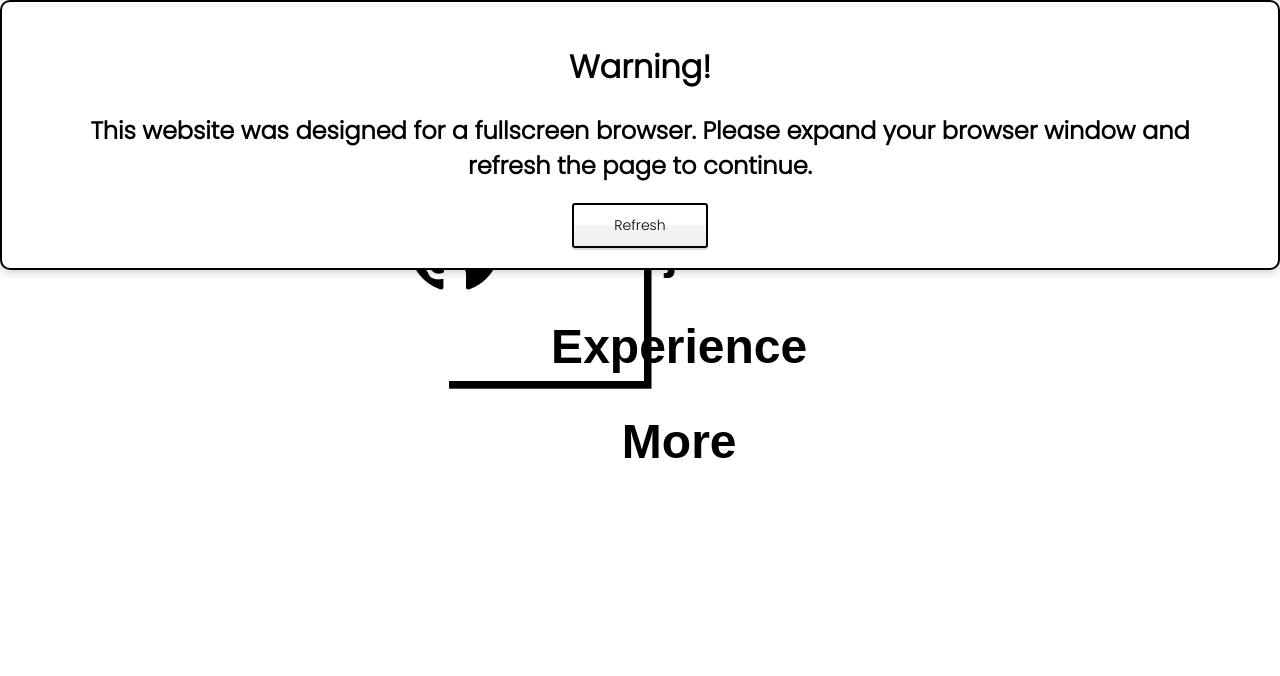
Repository: notMaximilian/maximilianaquino.github.io
Page: index.html
These files come from the project's save history. The page is drawn as it stood at one moment and after a run of saves; the edit follows.
The browser window is 1280 px wide. The pictures show the whole page.

Above is the page before, as saved 2022-02-09 17:09:38.
Console error: TypeError: Failed to execute 'removeChild' on 'Node': parameter 1 is not of type 'Node'.

### index.html
<!DOCTYPE html>
<html lang="en">

<head>
  <meta charset="UTF-8">
  <meta name="viewport" content="width=device-width, initial-scale=1, user-scaleable=no">
  <title>Max Aquino</title>
  <link rel="preconnect" href="https://fonts.googleapis.com">
  <link rel="preconnect" href="https://fonts.gstatic.com" crossorigin>
  <link href="https://fonts.googleapis.com/css2?family=Poppins:wght@300&display=swap" rel="stylesheet">
  <link rel="stylesheet" href="css/main.css">
</head>

<body>

  <div class="intro">
    <h1 class="name-header">
      <span class="name">Max</span><span class="name">imilian</span>
    </h1>
  </div>


  </div>
<!-- asdsa -->

  <div class="wrap">
    <div class="game-wrapper">
      <div class="game"></div>
      <h1

      <div class="mainNav">
        <ul class = "navmenu">
          <li><h2 id="about">About Me</h2></li>
          <li><h2 id="projects">Projects</h2></li>
          <li><h2 id="experience">Experience</h2></li>
          <li><h2 id="more">More</h2></li>
        </ul>
      </div>

      <img class="icon" id="twitter" src="img/twitter.png">
      <img class="icon" id="github" src="img/github.png">
      <img class="corners" id="cornerL" src="img/corner-test.png">
      <img class="corners" id="cornerR" src="img/cornerR.png">


      <div class="congratulations">
        <h1>Warning!</h1>
        <h2>This website was designed for a fullscreen browser. Please expand your browser window and refresh the page to continue. </h2>
        <button class="btn" onclick="window.location.reload()">Refresh</button>
      </div>
      <div class="game-over">
        <h1>GAME OVER</h1>
        <h2>You lost the game</h2>
        <button class="btn" onclick="window.location.reload()">Restart</button>
      </div>
    </div>
  </div>

  <!-- Maximilian Fade in and out -->


  <script src="js/app.js"></script>
  <!-- <script src="js/game.js"></script> -->
</body>

</html>

### css/main.css
html,
body {
  height: 100%;
  overflow: hidden;
  cursor: none;
  /* user-select: none; */
}

body {
  margin: 0;
  font: 16px sans-serif;
}

.wrap {
  cursor: none;
  display: flex;
  flex-direction: column;
  height: 100%;
  /* user-select: none; */
}


.game-wrapper {
  flex: 1;
  display: flex;
  justify-content: center;
  align-items: center;
  background: #ffffff;
}
.game {
  width: 100%;
  height: 100%;

  box-shadow: 0 2px 10px black;
  position: absolute;
}

@keyframes scroll-background {
  from {
    background-position-y: 0px;
  }
  to {
    background-position-y: 256px;
  }
}

.game .enemy {
  position: absolute;
  margin-left: -20px;
  margin-top: -18px;
  width: 40px;
}

.game .player {
  position: absolute;
  margin-left: -20px;
  width: 40px;
}

.game .laser {
  position: absolute;
  margin-left: -2.5px;
  height: 30px;
}

.game .enemy-laser {
  position: absolute;
  margin-left: -2.5px;
  height: 30px;
}

.congratulations {
  display: none;
  position: absolute;
  background: #ffffff;
  color: black;
  padding: 20px 50px;
  box-shadow: 0 2px 10px rgba(0, 0, 0, 0.2);
  border: 2px solid black;
  border-radius: 10px;
  text-align: center;
  animation: pop-in 1s;
  font-family: "Poppins", sans-serif;
}

.game-over {
  display: none;
  position: absolute;
  background: #6b1818;
  color: white;
  padding: 20px 50px;
  box-shadow: 0 2px 10px rgba(0, 0, 0, 0.2);
  border-radius: 10px;
  text-align: center;
  animation: pop-in 1s;
}

.btn {
  border: 2px solid black;
  border-radius: 3px;
  box-shadow: 0 2px rgba(0, 0, 0, 0.15);
  background: linear-gradient(
    to bottom,
    #fff 0%,
    #fff 49%,
    #f5f5f5 50%,
    #eee 100%
  );
  padding: 10px 40px;
  font-family: "Poppins", sans-serif;
  font-size: 14px;
}
@keyframes pop-in {
  0% {
    opacity: 0;
    transform: translate(0, -100px);
  }
  10% {
    opacity: 1;
  }
  50% {
    transform: translate(0, 30px);
  }
  100% {
    transform: translate(0, 0);
  }
}

.intro{
  position: fixed;
  z-index: 1;
  left: 0;
  top: 0;
  width: 100%;
  height: 100vh;
  background-color: black;
  transition: 1s;
}

.name-header{
  position: absolute;
  top: 40%;
  left: 50%;
  transform: translate(-50%, -50%);
  color: #ffffff;
}

.intro h1{
  font-family: "Poppins", sans-serif;
  font-size: 80px;
  margin: 0;
  padding: 0;
}

.name{
  position: relative;
  display: inline-block;
  bottom: -20px;
  opacity: 0;
}

.name.active{
  bottom: 0;
  opacity: 1;
  transition: ease-in-out 0.5s;
}

.name.fade{
  bottom: 150px;
  opacity: 0;
  transition: ease-in-out 0.5s;
}

.corners{
  position: absolute;
  width: 16vw;
}

#cornerL{
  transform: translate(-35vw, 23vh);
}
#cornerR{
  transform: translate(35vw, 23vh);
}
#max{
  top: -5vh;
  position: absolute;
  font-family: "Poppins", sans-serif;
  font-size: 12vh;
  text-align: center;
}

.yeight{
  top: -5vh;
  position: absolute;
  font-family: "Poppins", sans-serif;
  font-size: 12vh;
  text-align: center;
}

#github{
  position: absolute;
  width: 7vw;
  transform: translate(32vw, 28vh);
}
#twitter{
  position: absolute;
  width: 7vw;
  transform: translate(-32vw, 30vh);
}


.navmenu{
  list-style: none;
  text-align: center;
}

.test{
  color:blue;
}

.navmenuItems{
  font-size: 4vh;
  font-family: "Poppins", sans-serif;
  float: left;
  margin-right: 6vw;
  text-align: center;
  transition: ease-in-out 0.2s;
}

.navmenu li:hover{
  transition: ease-in-out 0.2s;
  text-decoration: underline;
  text-underline-offset: 4px;
}

.mainNav{
  margin: auto;
  margin-left: 3vw;
  position: absolute;
  top: 7vw;
}

.fade{
  transition: ease-in-out 1s;
  opacity: 0;
}

.open-tab{
  opacity: 1;
  top: -5vh;
  position: absolute;
  font-family: "Poppins", sans-serif;
  font-size: 12vh;
  text-align: center;
  transition: ease-in-out 1s;
}

.absolute{
  position: absolute;
  font-size: 4vh;
  font-family: "Poppins", sans-serif;
  float: left;
  margin-right: 6vw;
  text-align: center;
  transition: ease-in-out 0.2s;
}

### js/app.js
const KEY_CODE_LEFT = 37;
const KEY_CODE_RIGHT = 39;
const KEY_CODE_SPACE = 32;
let inverted = false;
const WINDOW_WIDTH = window.innerWidth - 50;
const WINDOW_HEIGHT = window.innerHeight;
let currentMousePos = 0
let mouse
let rocketPos = 0;
const ROCKET_WIDTH = 20;
const ROCKET_MAX_SPEED = 800.0;
const LASER_MAX_SPEED = 600.0;
const LASER_COOLDOWN = 0.5;
let rocketSpawn = false;
let headerSpace;
const HEADERS_PER_ROW = 10;
const HEADER_HORIZONTAL_PADDING = 80;
const HEADER_VERTICAL_PADDING = 70;
const HEADER_VERTICAL_SPACING = 80;
const HEADER_COOLDOWN = 5.0;



headerCoords = [
  {x:'', y:''},
  {x:'', y:''},
  {x:'', y:''},
  {x:'', y:''},
]

const WINDOW_STATE = {
    lastTime: Date.now(),
    leftPressed: false,
    rightPressed: false,
    spacePressed: false,
    rocketX: WINDOW_WIDTH / 2,
    rocketY: WINDOW_HEIGHT - 300,
    rocketCooldown: 0,
    lasers: [],
    headers: [],
    headerLasers: [],
    fullscreen: false
  };

function setSize($element, width){
    $element.style.width = `${width}vw`;
    $element.style.height = "auto";
  }

function setPosition(el, x, y) {
    if(el == null){console.log('NULL')
    return;}
    el.style.transform = `translate(${x}px, ${y}px)`;
}

function setHeaderPosition(el, x, y) {
  if(el == null){console.log('NULL')
  return;}
  el.style.transform = `translate(${x}vw, ${y}vh)`;
}

function openTab ($container, header){
  //step one fade out other elements on page

  // Fade Maximilian Aquino
  const mainName = document.getElementById('max')
  mainName.classList.add('fade')

  // Fade Accents
  const CornerL = document.getElementById('cornerL')
  const CornerR = document.getElementById('cornerR')
  CornerL.classList.add('fade')
  CornerR.classList.add('fade')

  // Fade icons
  const github = document.getElementById('github')
  const twitter = document.getElementById('twitter')
  github.classList.add('fade')
  twitter.classList.add('fade')

  // Fade headers
  const headers = WINDOW_STATE.headers;
  for (let j = 0; j < headers.length; j++) {
    const head = headers[j];
    if (head.name != header.name){
      head.$element.classList.add('fade')
    }
  }

  // Fade rocket
  const rocket = document.querySelector('.rocket')
  rocket.classList.add('fade')

  destroyAll($container, "6")

  setTimeout(()=>{
    console.log(header.name)
    window.location.href = `./${header.name}.html`;
  },1000)

  // setTimeout(()=>{
    // header.$element.classList.add('open-tab')


  // },1100)

}

// create user controlled rocket for selecting header elements
function createRocket($container) {
    rocketSpawn = true;
    const $rocket = document.createElement("img");
    if(inverted == true){$rocket.src = "img/rocket-inverted.png";}
    else{$rocket.src = "img/rocket.png";}
    $rocket.className = "rocket";
    if (WINDOW_WIDTH + 50 == 1920){
      setSize($rocket,9)
    }
    else{
      setSize($rocket, 7)
    }

    WINDOW_STATE.rocketY = 440;
    $container.appendChild($rocket);
}

function destroyRocket($container, rocket) {
    rocketSpawn = false;
    $container.removeChild(rocket);
    WINDOW_STATE.finalState = true;
    const audio = new Audio("sound/sfx-lose.ogg");
    audio.play();
}


function rectsIntersect(r1, r2) {
    return !(
        r2.left > r1.right ||
        r2.right < r1.left ||
        r2.top > r1.bottom ||
        r2.bottom < r1.top
    );
}



function clamp(v, min, max) {
    if (v < min) {
      return min;
    } else if (v > max) {
      return max;
    } else {
      return v;
    }
}

function rand(min, max) {
    // if (min === undefined) min = 0;
    // if (max === undefined) max = 1;
    // return min + Math.random() * (max - min);
  }

function updateRocket(dt, $container) {
  if(mouse <= '4' ){
    WINDOW_STATE.rocketX -= dt * ROCKET_MAX_SPEED;
  }
  else if (mouse >= '96'){
    WINDOW_STATE.rocketX += dt * ROCKET_MAX_SPEED;
  }

    if (WINDOW_STATE.leftPressed) {
      WINDOW_STATE.rocketX -= dt * ROCKET_MAX_SPEED;
    }
    if (WINDOW_STATE.rightPressed) {
      WINDOW_STATE.rocketX += dt * ROCKET_MAX_SPEED;
    }
    document.onmousemove = (event) => {
      mouse = event.clientX * 100 / window.innerWidth + "%";
      if (mouse > currentMousePos ){
        WINDOW_STATE.rocketX += dt * ROCKET_MAX_SPEED;
      }
      else{
        WINDOW_STATE.rocketX -= dt * ROCKET_MAX_SPEED;
      }
      currentMousePos = mouse;
    }

    // WINDOW_STATE.rocketX = clamp(
    //   WINDOW_STATE.rocketX,
    //   ROCKET_WIDTH,
    //   WINDOW_WIDTH - ROCKET_WIDTH
    // );


    if (WINDOW_STATE.spacePressed && WINDOW_STATE.rocketCooldown <= 0) {
      createLaser($container, WINDOW_STATE.rocketX - 79,  WINDOW_STATE.rocketY-20);
      WINDOW_STATE.rocketCooldown = LASER_COOLDOWN;
    }
    if (WINDOW_STATE.rocketCooldown > 0) {
      WINDOW_STATE.rocketCooldown -= dt;
    }

    const rocket = document.querySelector(".rocket");
    if(rocket == null){return;}
    setPosition(rocket, WINDOW_STATE.rocketX, WINDOW_STATE.rocketY + 200);
}

  function createLaser($container, x, y) {
    if(rocketSpawn == false) {return;}
    const $element = document.createElement("img");
    if(inverted == true){$element.src="img/laser-inverted.png"}
    else{$element.src = "img/laser.png";}
    $element.className = "laser";
    $element.style.position = "absolute"
    $container.appendChild($element);
    const laser = { x, y, $element };
    WINDOW_STATE.lasers.push(laser);
    const audio = new Audio("sound/sfx-laser1.ogg");
    audio.play();
    setPosition($element, x, y);
  }

  function destroyHeader(header) {
    headerSpace.removeChild(header.$element);
    header.isDead = true;
  }

  function destroyAll($container, exceptions){
    console.log(`exception is ${exceptions}`)
    let game = document.querySelector(".game-wrapper");
    let h1 = document.getElementById('max')
    game.removeChild(h1)

    const headers = WINDOW_STATE.headers;
    for (let x = 0; x < headers.length; x++){
      let head = headers[x];
      console.log(head.name)
      if (head.dead == true || head.name == exceptions){continue}
      destroyHeader(head)
    }
    const rocket = document.querySelector('.rocket')
    destroyRocket($container, rocket)
    WINDOW_STATE.lasers = WINDOW_STATE.lasers.filter(e => !e.isDead);
  }

  function updateLasers(dt, $container) {
    if(rocketSpawn == false) {return;}
    const lasers = WINDOW_STATE.lasers;
    for (let i = 0; i < lasers.length; i++) {
      const laser = lasers[i];
      laser.y -= dt * LASER_MAX_SPEED;
      if (laser.y < 0) {
        destroyLaser($container, laser);
      }
      setPosition(laser.$element, laser.x, laser.y);
      const r1 = laser.$element.getBoundingClientRect();
      const headers = WINDOW_STATE.headers;
      for (let j = 0; j < headers.length; j++) {

        const header = headers[j];

        if (header.isDead) continue;

        const r2 = header.$element.getBoundingClientRect();
        if (rectsIntersect(r1, r2)) {
          if(header.name == 'about'){
            openTab($container, header)
            destroyLaser($container, laser);
            const test = document.createElement('h1');
            const testNode = document.createTextNode('About')
            test.appendChild(testNode)
            // test.classList.add('yeight')
            return
          }
          // if (header.name == 'more' || header.name == 'back'){

          //     for (let x = 0; x < headers.length; x++){
          //     let head = headers[x];
          //     if (head.dead == true){continue}
          //     head.$element.style.opacity = 0;
          //     head.$element.style.transition = 'ease-in-out 0.5s';
          //     destroyHeader($container, head)
          //   }


          //   const rocket = document.querySelector('.rocket')
          //   rocket.style.opacity = 0;
          //   rocket.style.transition = 'ease-in-out 0.5s'
          //   destroyRocket($container, rocket)

          //   console.log(inverted)
          //   if(inverted == false){
          //     setTimeout(()=>{
          //       initInvert($container)
          //     },10)
          //   }
          //   else{
          //     setTimeout(()=>{
          //       init()
          //     },10)
          //   }
          //   WINDOW_STATE.lasers = WINDOW_STATE.lasers.filter(e => !e.isDead);
          //   return;
          // }
        if (header.name == 'project'){
          WINDOW_STATE.fullscreen = false;
        }



          break;
        }
      }
    }
    WINDOW_STATE.lasers = WINDOW_STATE.lasers.filter(e => !e.isDead);
  }

function destroyLaser($container, laser) {
    $container.removeChild(laser.$element);
    laser.isDead = true;
}

function createHeader($container, $element,name) {
    $element.classList.add('navmenuItems');
    let header = {
        name,
        cooldown: rand(0.5, HEADER_COOLDOWN),
        $element,
        dead: false
    };

    $container.appendChild($element);
    headerSpace.appendChild($element)
    WINDOW_STATE.headers.push(header);
  }

  function updateHeaders(dt, $container) {
    const dx = Math.sin(WINDOW_STATE.lastTime / 1000.0) * 50;
    const dy = Math.cos(WINDOW_STATE.lastTime / 1000.0) * 10;

    const headers = WINDOW_STATE.headers;
    for (let i = 0; i < headers.length; i++) {
      const header = headers[i];
      const x = header.x + dx;
      const y = header.y + dy;
    //   setPosition(header.$element, x, y);
      header.cooldown -= dt;
      if (header.cooldown <= 0) {
        createHeaderLaser($container, x, y);
        header.cooldown = HEADER_COOLDOWN;
      }
    }
    WINDOW_STATE.headers = WINDOW_STATE.headers.filter(e => !e.isDead);
  }



  function createHeaderLaser($container, x, y) {
    const $element = document.createElement("img");
    $element.src = "img/laser-red-5.png";
    $element.className = "header-laser";
    $container.appendChild($element);
    const laser = { x, y, $element };
    WINDOW_STATE.headerLasers.push(laser);
    setPosition($element, x, y);
  }

  function updateheaderLasers(dt, $container) {
    const lasers = WINDOW_STATE.headerLasers;
    for (let i = 0; i < lasers.length; i++) {
      const laser = lasers[i];
      laser.y += dt * LASER_MAX_SPEED;
      if (laser.y > WINDOW_HEIGHT) {
        destroyLaser($container, laser);
      }
      setPosition(laser.$element, laser.x, laser.y);
      const r1 = laser.$element.getBoundingClientRect();
      const rocket = document.querySelector(".rocket");
      const r2 = rocket.getBoundingClientRect();
      if (rectsIntersect(r1, r2)) {
        // Rocket was hit
        destroyRocket($container, rocket);
        break;
      }
    }
    WINDOW_STATE.headerLasers = WINDOW_STATE.headerLasers.filter(e => !e.isDead);
  }

  function init() {


    headerSpace = document.querySelector('.mainNav')
    headerSpace.classList.add('mainNav')

    document.body.style.zoom = (window.innerWidth / window.outerWidth)
    inverted = false;
    const width = WINDOW_WIDTH + 50;
    const background = document.querySelector(".game-wrapper");
    if (width >= 1920){
      // background.style.backgroundImage = "url('img/background-white.png')";
      WINDOW_STATE.fullscreen = true;
    }
    else if (width == 1366){
      // background.style.backgroundImage = "url('img/background-white-1366x768.png')";
      WINDOW_STATE.fullscreen = true;
    }
    else{
      WINDOW_STATE.fullscreen == false
      document.querySelector(".congratulations").style.display = "block";
      return;
    }

    const $container = document.querySelector(".game");
    createRocket($container);
    createHeader($container, document.getElementById('about'),'about');
    createHeader($container, document.getElementById('projects'),'projects');
    createHeader($container, document.getElementById('experience'),'experience');
    createHeader($container, document.getElementById('more'),'more');
  }

  function initInvert($container,x ,y){
    inverted = true;
    const background = document.querySelector(".game-wrapper");
    const width = WINDOW_WIDTH + 50;
    if (width >= 1920){
      background.style.backgroundImage = "url('img/background-black.png')";
      WINDOW_STATE.fullscreen = true;
    }
    else if (width == 1366){
      background.style.backgroundImage = "url('img/background-black-1366x768.png')";
      WINDOW_STATE.fullscreen = true;
    }
    else{
      WINDOW_STATE.fullscreen == false
      document.querySelector(".congratulations").style.display = "block";
      return;
    }
    createRocket($container);
    createHeader($container, '2', 10 -2.5, 20 , 'img/inverted-card2.png', 17);
    createHeader($container, '1', 30 -2.5, 18 , 'img/inverted-card1.png', 23);
    createHeader($container, '3', 56 -2.5, 19.5 , 'img/inverted-card5.png', 10);
    createHeader($container, 'back', 70 -2.5, 19.5, 'img/inverted-card4.png', 10);
  }


  function rocketHasWon() {
    // return WINDOW_STATE.headers.length === 0;
  }


  function update(e) {
    const currentTime = Date.now();
    const $container = document.querySelector(".game");

    const dt = (currentTime - WINDOW_STATE.lastTime) / 1000.0;

    if (WINDOW_STATE.fullscreen == false) {
      destroyAll($container)
      // document.querySelector(".congratulations").style.display = "block";

      return;
    }

    // if (rocketHasWon()) {
    //   document.querySelector(".congratulations").style.display = "block";

    //   return;
    // }


    updateRocket(dt, $container);
    updateLasers(dt, $container);
    updateHeaders(dt, $container);
    updateheaderLasers(dt, $container);

    WINDOW_STATE.lastTime = currentTime;
    window.requestAnimationFrame(update);
  }

  function onKeyDown(e) {
    if (e.keyCode === KEY_CODE_LEFT ) {
      WINDOW_STATE.leftPressed = true;
    } else if (e.keyCode === KEY_CODE_RIGHT) {
      WINDOW_STATE.rightPressed = true;
    } else if (e.keyCode === KEY_CODE_SPACE) {
      WINDOW_STATE.spacePressed = true;
    }
  }

  function onKeyUp(e) {
    if (e.keyCode === KEY_CODE_LEFT) {
      WINDOW_STATE.leftPressed = false;
    } else if (e.keyCode === KEY_CODE_RIGHT) {
      WINDOW_STATE.rightPressed = false;
    } else if (e.keyCode === KEY_CODE_SPACE) {
      WINDOW_STATE.spacePressed = false;
    }
  }

  function onMouseDown() {
      WINDOW_STATE.spacePressed = true;
  }
  function onMouseUp() {
    setTimeout(()=>{
      WINDOW_STATE.spacePressed = false;
    },500)
}


  function onKeyUp(e) {
    if (e.keyCode === KEY_CODE_LEFT) {
      WINDOW_STATE.leftPressed = false;
    } else if (e.keyCode === KEY_CODE_RIGHT) {
      WINDOW_STATE.rightPressed = false;
    } else if (e.keyCode === KEY_CODE_SPACE) {
      WINDOW_STATE.spacePressed = false;
    }
  }


intro = document.querySelector('.intro')
let name = document.querySelector('.name-header')
let logoSpan = document.querySelectorAll('.name')

 window.addEventListener('DOMContentLoaded', () =>{

    setTimeout(()=>{
        logoSpan.forEach((span, idx)=>{
            setTimeout(()=>{
                span.classList.add('active')
            }, (idx + 1) * 400)
        })


        setTimeout(()=>{
            logoSpan.forEach((span, idx)=>{
                setTimeout(()=>{
                    span.classList.remove('active')
                    span.classList.add('fade')
                }, (idx + 1) * 400)
            })
        },2000)

        setTimeout(()=>{
            intro.style.top = '-100vh';
            window.addEventListener("keydown", onKeyDown);
            window.addEventListener("keyup", onKeyUp);
            window.requestAnimationFrame(update);
            window.addEventListener('mousedown', onMouseUp)
            window.addEventListener('mouseup', onMouseDown)
            init();
        }, 2300)

    })
 })

After the next 2 saves:
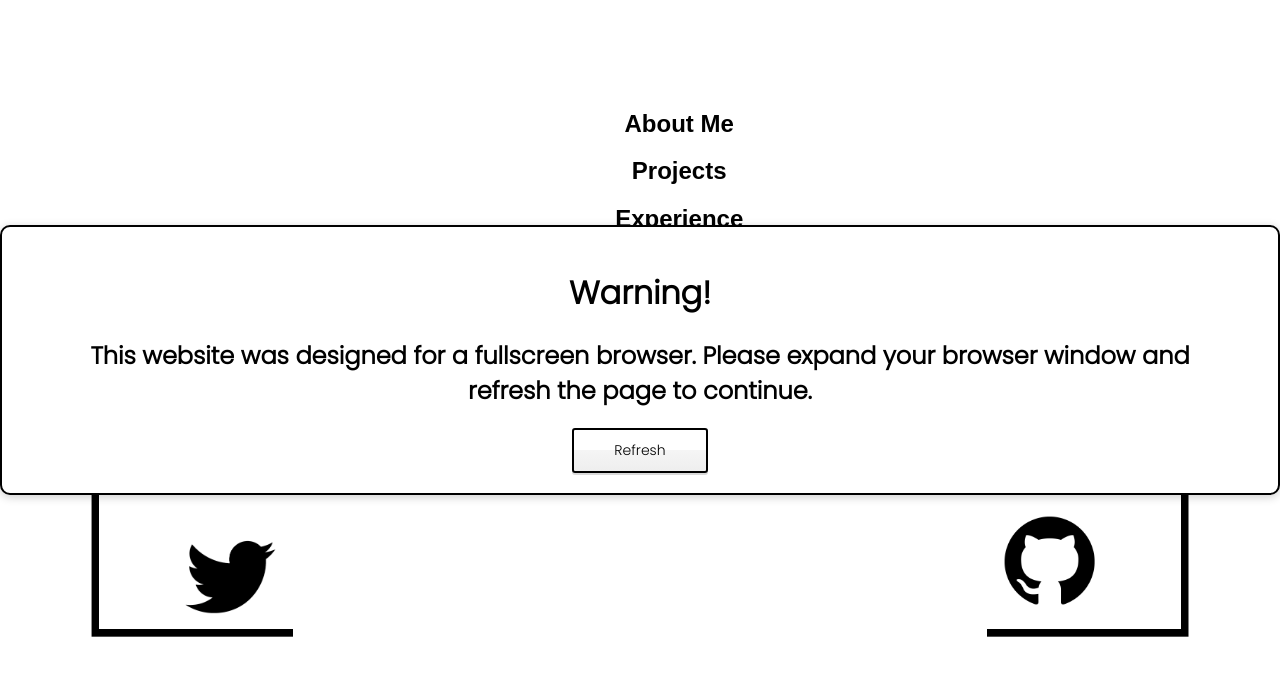
The 2 saves are shown as one change because they came seconds apart.
The last was saved 9 s later.
--- a/index.html
+++ b/index.html
@@ -26,7 +26,7 @@
   <div class="wrap">
     <div class="game-wrapper">
       <div class="game"></div>
-      <h1
+      <h1 id="max"></h1>
 
       <div class="mainNav">
         <ul class = "navmenu">
